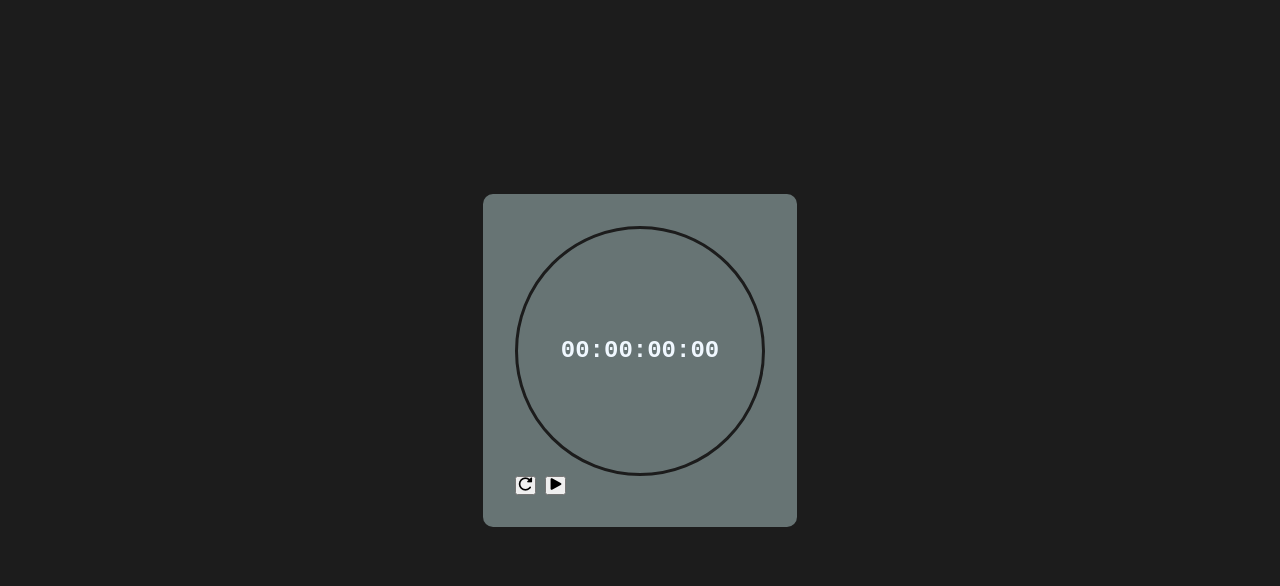
Repository: ValdemarCaculo/TEMPORIZADOR
Page: index.html
An editor plug-in stored every save of this project. The page is shown before and after the next save, followed by the edit.
The browser window is 1280 px wide. The pictures show the whole page.
Some web libraries are served in a nearby version.

Above is the page before, as saved 2025-12-06 15:24:59.

### index.html
<!DOCTYPE html>
<html lang="en">

<head>
    <meta charset="UTF-8">
    <meta name="viewport" content="width=device-width, initial-scale=1.0">
    <link rel="stylesheet" href="/CSS/style.css">
    <link rel="stylesheet" href="https://cdnjs.cloudflare.com/ajax/libs/font-awesome/7.0.1/css/all.min.css"
        integrity="sha512-2SwdPD6INVrV/lHTZbO2nodKhrnDdJK9/kg2XD1r9uGqPo1cUbujc+IYdlYdEErWNu69gVcYgdxlmVmzTWnetw=="
        crossorigin="anonymous" referrerpolicy="no-referrer" />
    <title>Temporizador</title>
</head>

<body>
    <div class="contador">

        <h2 id="time">00:00:00:00</h2>

        <div class="content">

            <button id="reset">
                <i class="fa-solid fa-rotate-right"></i>
            </button>
            <button id="inicio" action="start">
                <i class="fa-solid fa-play">
                </i></button>

        </div>
    </div>



</body>

</html>

### CSS/style.css
* {
    margin: 0;
    padding: 0;
    box-sizing: border-box;
    font-family: 'Courier New', Courier, monospace;
}

body {
    height: 100vh;
    display: flex;
    background-color: #1c1c1c;
    color: aliceblue;
    align-items: center;
    justify-content: center;


}

.contador {
    padding: 2rem;
    background-color: #677474;
      border-radius: 10px;
}

#time {
    background-color: #677474;
    width:250px;
    height: 250px;
    border: 3px solid #1c1c1c;
    padding: 1rem;
    border-radius: 50%;
    align-items: center;
    justify-content: center;
    display: flex;
}

button{

}

After the next save:
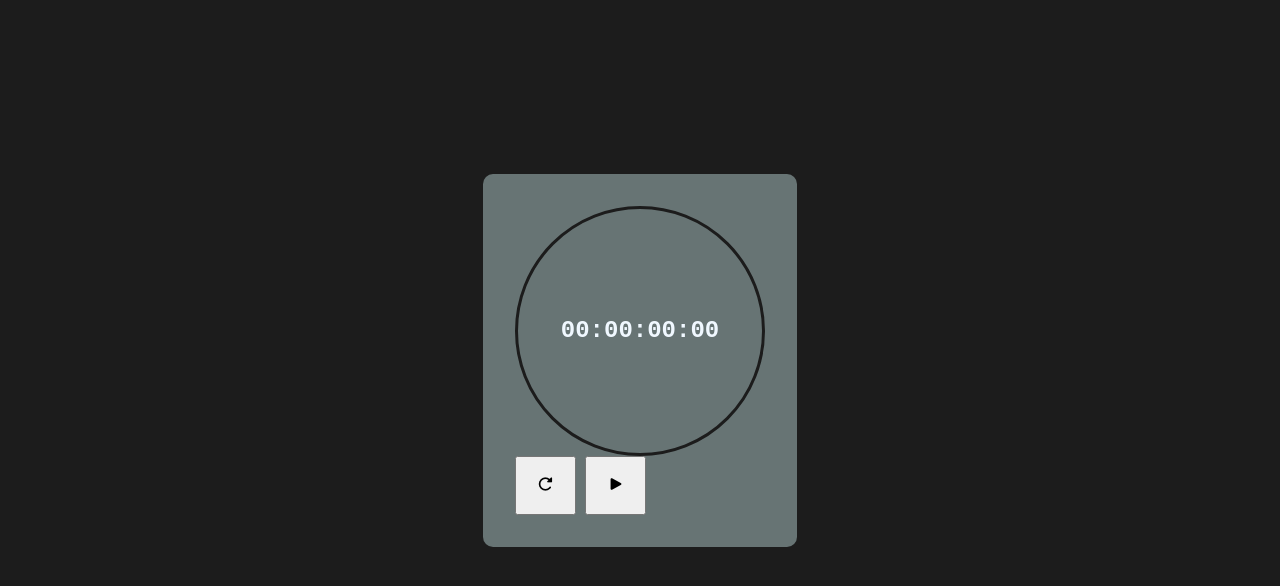
Saved 22 s later.
--- a/CSS/style.css
+++ b/CSS/style.css
@@ -35,5 +35,5 @@ body {
 }
 
 button{
-
+    padding: 20px;
 }
